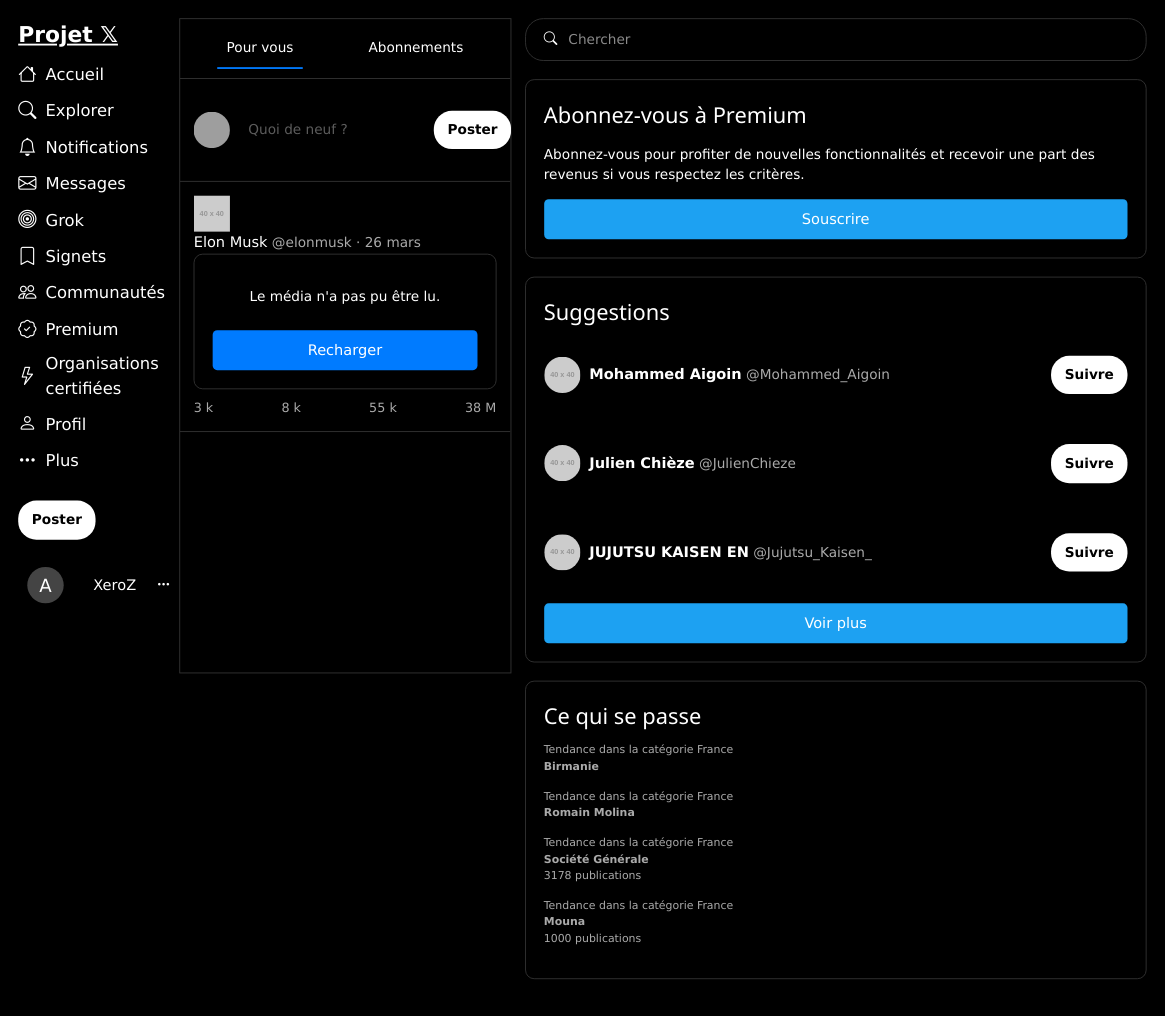
Repository: barriefl/ProjetX_BARRIER_MAULINE_MARQUES-FELIX_SERVONNET
Page: web/front/main.html
The author's editor kept a copy of each file at every save. The page is drawn from the files as they stood at one save, then again after a run of saves.
The browser window is 1280 px wide. The pictures show the whole page, at 91% of full size.
Pictures or frames that could not be fetched are drawn as grey boxes.

Above is the page before, as saved 2025-03-31 09:58:47.

After the next 2 saves:
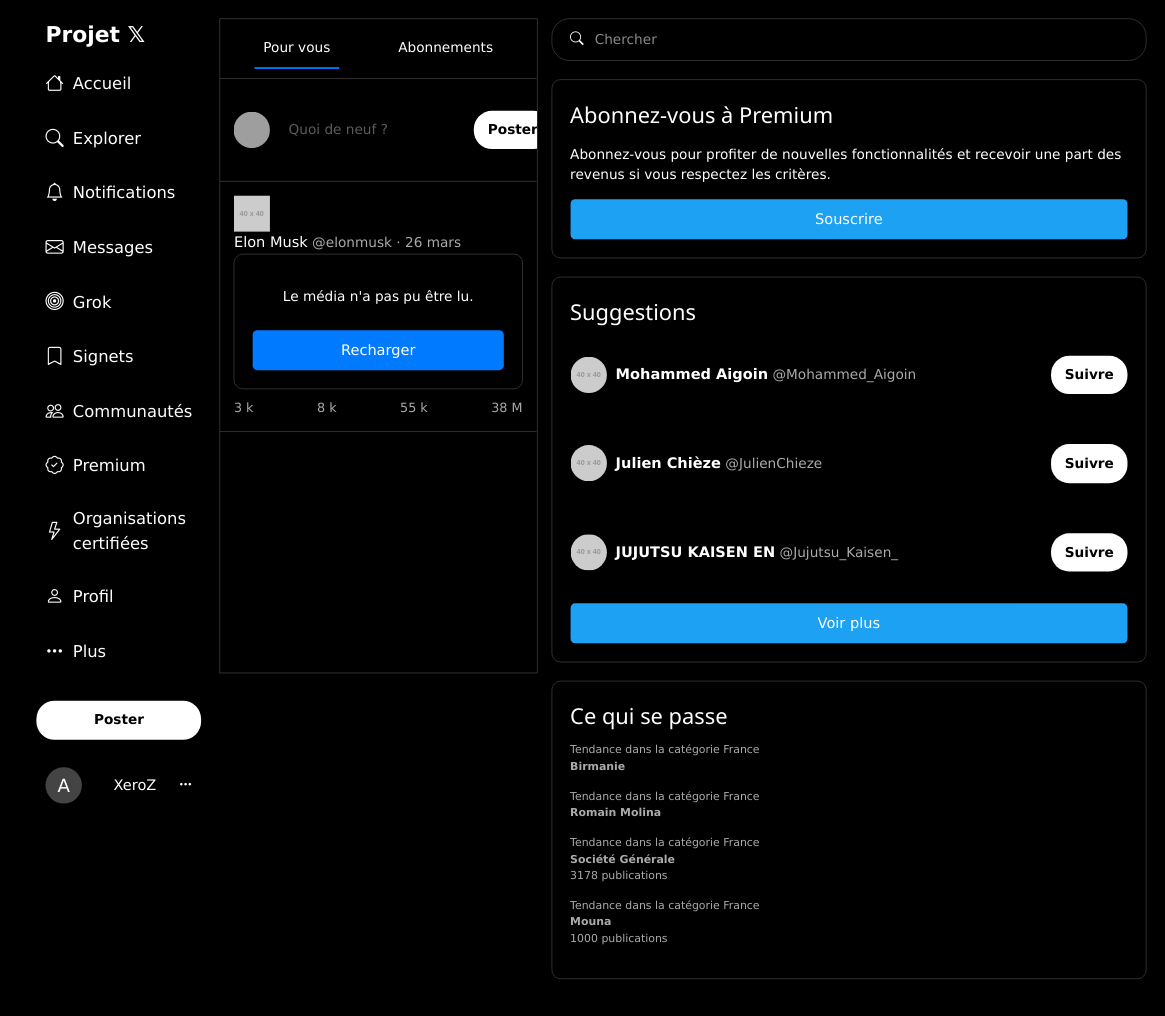
The 2 saves are shown as one change because they came seconds apart.
The last was saved 85 s later.
--- a/web/front/style/main.css
+++ b/web/front/style/main.css
@@ -8,7 +8,7 @@
     padding: 20px;
 }
 
-.sidebar {
+.left-sidebar {
     width: 300px;
     height: 100vh;
     display: flex;
@@ -22,7 +22,7 @@
     font-weight: bold;
 }
 
-.sidebar a {
+.left-sidebar a {
     text-decoration: none;
     color: white;
     padding: 10px;
